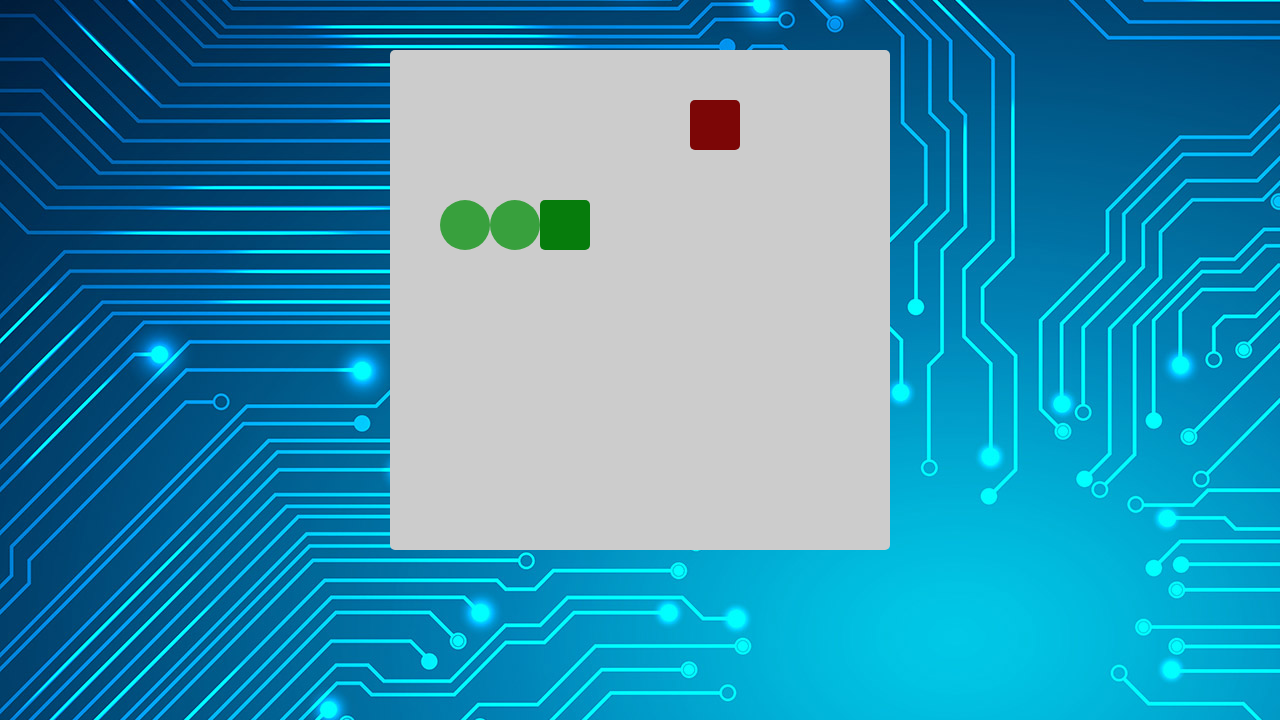
Repository: elvinyeka/SnakeGame
Page: index.html
An editor plug-in stored every save of this project. The page is shown before and after the next save, followed by the edit.
The browser window is 1280 px wide. The pictures show the whole page.

Above is the page before, as saved 2020-11-08 00:01:17.
Console error: ReferenceError: posX is not defined

### index.html
<!DOCTYPE html>
<html lang="en">
<head>
    <meta charset="UTF-8">
    <meta name="viewport" content="width=device-width, initial-scale=1.0">
    <link rel="stylesheet" href="css/style.css">
    <title>Snake Game</title>
</head>
<body>
    <script src="js/snake.js"></script>
</body>
</html>

### css/style.css
* {
    box-sizing: border-box;
}

body {
    margin: 50px;
    background-image: url(../img/bg-digital.jpg);
}

.ground {
    width: 500px;
    height: 500px;
    margin: 0 auto;
    display: flex;
    flex-wrap: wrap;
    background-color: #cccccc;
    border-radius: 5px;
}

.box{
    width:50px;
    height: 50px;
    padding:5px;
}

.snakeBody {
    background-color: #38a03d;
    background-size: cover;
    border-radius: 50%;
}

.snakeHead {
    background-color: #067c0c;
    background-size: cover;
    border-radius: 10%;
}

.food {
    background-color: #7c0606;
    background-size: cover;
    border-radius: 10%;

}

### js/snake.js
var ground = document.createElement('div');
document.body.appendChild(ground);
ground.classList.add('ground');


for(var i=0; i < 101; i++) {
    var box = document.createElement('div');
    ground.appendChild(box);
    box.classList.add('box');

}

var box = document.getElementsByClassName('box');
var x = 1,
    y = 10;

for(var i=0; i< box.length; i++) {
    if(x>10) {
        x = 1;
        y--;
    }
    box[i].setAttribute('posX', x);
    box[i].setAttribute('posY', y);
    x++;
}


function generateSnake() {
    var posX = Math.round(Math.random() * (10 - 3) + 3);
    var posY = Math.round(Math.random() * (10 - 1) + 1);
    return [posX, posY];
}

var coordinates = generateSnake();
var snakeBody  = [document.querySelector('[posX = "' + coordinates[0] + '"][posY = "' + coordinates[1] + '"]'),
document.querySelector('[posX = "' + (coordinates[0] - 1) + '"][posY = "' + coordinates[1] + '"]'),
document.querySelector('[posX = "' + (coordinates[0] - 2) + '"][posY = "' + coordinates[1] + '"]')];

for(var i = 0; i < snakeBody.length; i++) {
    snakeBody[i].classList.add('snakeBody');
}

snakeBody[0].classList.add('snakeHead');

var food;

function createFood() {
    function generateFood() {
        var posX = Math.round(Math.random() * (10 - 3) + 3);
        var posY = Math.round(Math.random() * (10 - 1) + 1);
        return [posX, posY];
    }

    var foodCoordinates = generateFood();
    food = document.querySelector('[posX = "' + foodCoordinates[0] + '"][posY = "' + foodCoordinates[1] + '"]');

    while(food.classList.contains('snakeBody')) {
        var foodCoordinates = generateFood();
        food = document.querySelector('[posX = "' + foodCoordinates[0] + '"][posY = "' + foodCoordinates[1] + '"]');
    }
    food.classList.add('food');
}

createFood();


function move() {
    var snakeCoordinates = [snakeBody[0].getAttribute(posX), snakeBody[0].getAttribute(posY)];
    snakeBody[0].classList.remove('snakeHead');
    snakeBody[snakeBody.length - 1].classList.remove('snakeBody');
    snakeBody.pop();


    snakeBody.unshift(document.querySelector('[posX = "' + ( + snakeCoordinates[0] + 1) + '"][posY = "' + snakeCoordinates[1] + '"]'));

    snakeBody[0].classList.add('snakeHead');
    for(var i = 0; i < snakeBody.length; i++) {
        snakeBody[i].classList.add('snakeBody');
    }
}

var interval  = setInterval(move, 300);

After the next save:
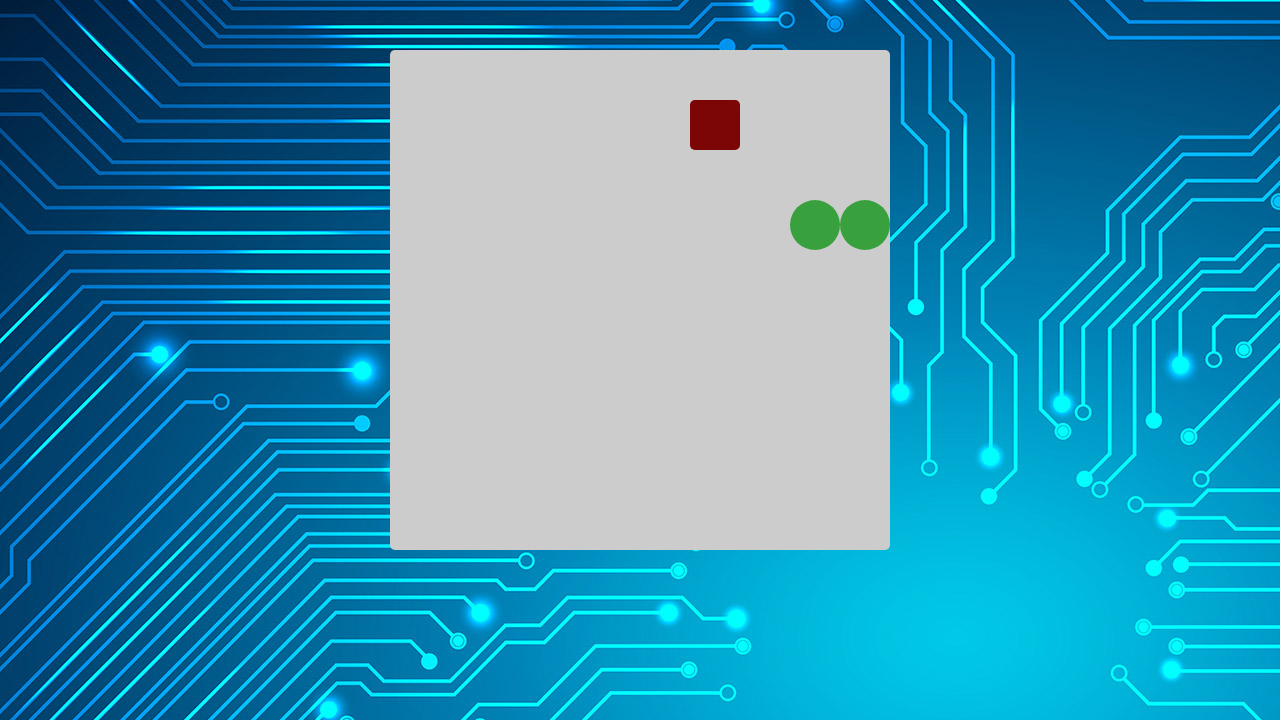
Console error: TypeError: Cannot read properties of null (reading 'classList')
Saved 4 min 15 s later.
--- a/js/snake.js
+++ b/js/snake.js
@@ -65,7 +65,7 @@ createFood();
 
 
 function move() {
-    var snakeCoordinates = [snakeBody[0].getAttribute(posX), snakeBody[0].getAttribute(posY)];
+    var snakeCoordinates = [snakeBody[0].getAttribute('posX'), snakeBody[0].getAttribute('posY')];
     snakeBody[0].classList.remove('snakeHead');
     snakeBody[snakeBody.length - 1].classList.remove('snakeBody');
     snakeBody.pop();
